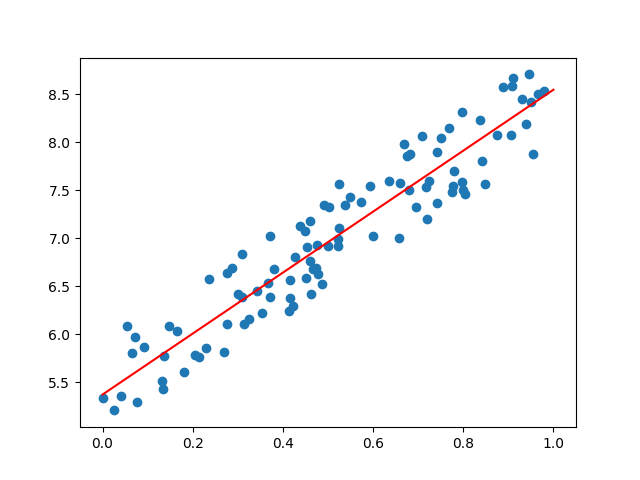
Repository: eieioF11/Python
Script's output: python project/python_sample/Machinelearning_LinearRegression.py
An editor plug-in stored every save of this project. The script's output is shown before and after a run of saves, followed by the edit.
Each picture stacks the figures in order, with grey between them; figures that are only written to a file come last. Random numbers start from a fixed seed.

Above is the script's output before, as saved 2020-06-04 18:28:32.
Error (its wording comes from the project's code and is left out).

After the next 3 saves:
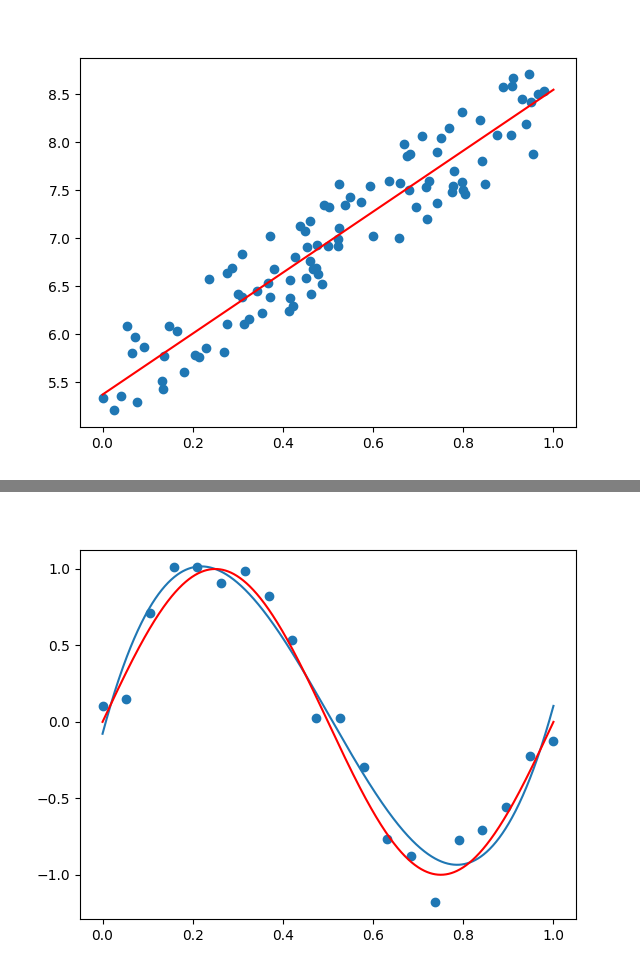
The error is gone.
The 3 saves are shown as one change because they came seconds apart.
The last was saved 8 s later.
--- a/project/python_sample/Machinelearning_LinearRegression.py
+++ b/project/python_sample/Machinelearning_LinearRegression.py
@@ -46,7 +46,7 @@ x_poly_3=poly.transform(x.reshape(-1,1))
 lin_reg = LinearRegression().fit(x_poly_3,y)
 
 x_line_poly_3=poly.fit_transform(x_line.reshape(-1,1))
-plt.plot(x_line,lin_reg.predict(x_line))
+plt.plot(x_line,lin_reg.predict(x_line_poly_3))
 
 plt.plot(x_line,sin_x,'red')
 plt.scatter(x,y)
